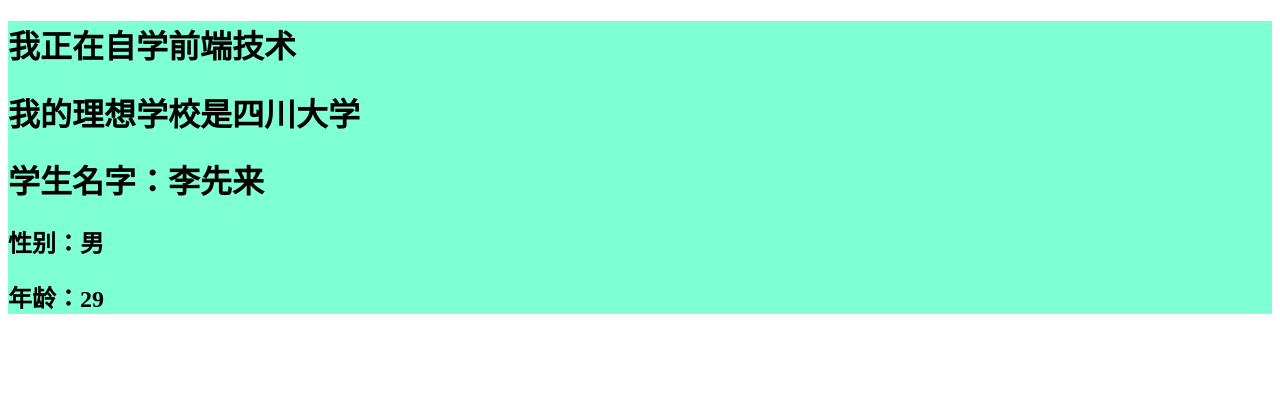
Repository: Lixianlai-2/The-journey-of-learning-Vue
Page: / (app in afterVueCli/Vue_Test/)
An editor plug-in stored every save of this project. The page is shown before and after the next save, followed by the edit.
The browser window is 1280 px wide. The pictures show the whole page.
The project was rebuilt for these pictures with package versions that can differ from the ones it lists, and the page was loaded fresh each time.

Above is the page before, as saved 2022-04-11 11:51:27.

After the next save:
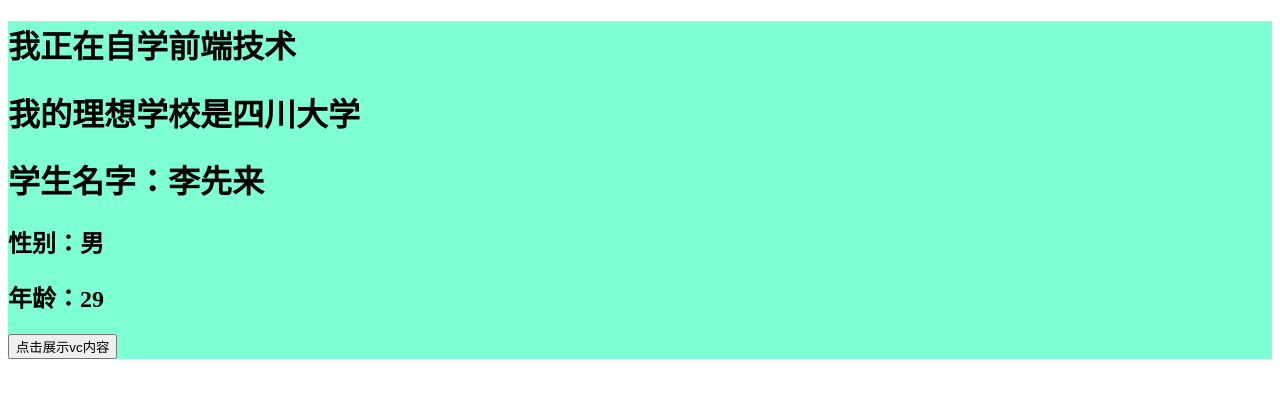
Saved 32 s later.
--- a/afterVueCli/Vue_Test/src/App.vue
+++ b/afterVueCli/Vue_Test/src/App.vue
@@ -2,6 +2,7 @@
   <div id="app">
     <h1 v-text="msg" ref="title"></h1>
     <student ref="sch" studentName="李先来" gender="男" :age="28" />
+    <button @click="showVc">点击展示vc内容</button>
   </div>
 </template>
 
